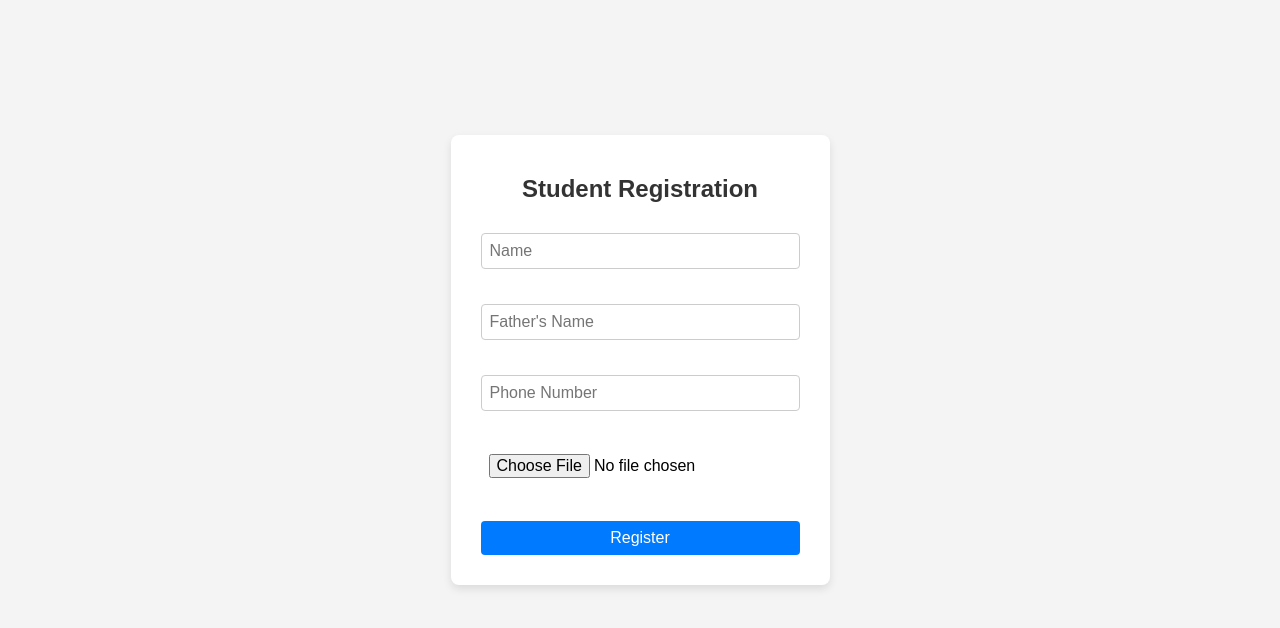
Repository: pripriya09/StudentID-Card-Download
Page: / (app in frontend/)
An editor plug-in stored every save of this project. The page is shown before and after the next save, followed by the edit.
The browser window is 1280 px wide. The pictures show the whole page.
The project was rebuilt for these pictures with package versions that can differ from the ones it lists, and the page was loaded fresh each time. Also part of the build but not shown: frontend/vite.config.js, frontend/src/copy form/IDCardForm.jsx.

Above is the page before, as saved 2025-01-07 11:15:26.

### frontend/src/main.jsx
import React from 'react'
import ReactDOM from 'react-dom/client'
// import App from './App'
// import './index.css'
import Form from './Form.jsx'
import IDCardForm from './copy form/IDCardForm.jsx'

ReactDOM.createRoot(document.getElementById('root')).render(
  <React.StrictMode>
    {/* <App /> */}
    <Form/>
    {/* <IDCardForm/> */}
  </React.StrictMode>,
)

### frontend/src/Form.jsx
import React, { useState } from "react";
import axios from "axios";
import "./App.css";
import jsPDF from "jspdf";

const Form = () => {
  const [formData, setFormData] = useState({
    name: "",
    fatherName: "",
    phoneNumber: "",
  });
  const [registrationNumber, setRegistrationNumber] = useState("");
  const [studentData, setStudentData] = useState(null);
  const [profileImage, setProfileImage] = useState(null); // For the uploaded image

  const handleSubmit = async (e) => {
    e.preventDefault();

    try {
      const response = await axios.post("http://localhost:6009/api/students", formData);
      const result = response.data;

      setStudentData({
        ...formData,
        registrationNumber: result.registrationNumber,
      });

      setFormData({
        name: "",
        fatherName: "",
        phoneNumber: "",
      });
    } catch (error) {
      console.error("Error sending data:", error);
    }
  };

  const handleChange = (e) => {
    setFormData({ ...formData, [e.target.name]: e.target.value });
  };

  const handleImageChange = (e) => {
    const file = e.target.files[0];
    if (file) {
      const reader = new FileReader();
      reader.onloadend = () => {
        setProfileImage(reader.result); // Set the image as base64 string
      };
      reader.readAsDataURL(file);
    }
  };

  const handleDownloadtext = () => {
    if (studentData) {
      const fileData = `
        Name: ${studentData.name}
        Father's Name: ${studentData.fatherName}
        Phone Number: ${studentData.phoneNumber}
        Registration Number: ${studentData.registrationNumber}`;
      const blob = new Blob([fileData], { type: "text/plain" });

      const link = document.createElement("a");
      link.href = URL.createObjectURL(blob);
      link.download = `${studentData.registrationNumber}_ID_Card.txt`;
      link.click();

      setFormData({
        name: "",
        fatherName: "",
        phoneNumber: "",
      });
      setStudentData(null);
    }
  };

  function handleDownloadPDF() {
    if (studentData) {
      let PDFdocument = new jsPDF();
      const studentInfo = `
        Student ID Card
        Name: ${studentData.name}
        Father's Name: ${studentData.fatherName}
        Phone: ${studentData.phoneNumber}
        Registration Number: ${studentData.registrationNumber}
      `;

      PDFdocument.text(studentInfo, 10, 10);
      PDFdocument.save(`${studentData.registrationNumber}_ID_Card.pdf`);
      PDFdocument = null;
    }
  }

  return (
    <div className="App">
      <h2>Student Registration</h2>

      <form onSubmit={handleSubmit}>
        <input
          type="text"
          name="name"
          placeholder="Name"
          value={formData.name}
          onChange={handleChange}
          required
        />
        <input
          type="text"
          name="fatherName"
          placeholder="Father's Name"
          value={formData.fatherName}
          onChange={handleChange}
          required
        />
        <input
          type="tel"
          name="phoneNumber"
          placeholder="Phone Number"
          value={formData.phoneNumber}
          onChange={handleChange}
          required
        />
        {/* Upload profile image */}
        <input type="file" onChange={handleImageChange} accept="image/*" />
        <button type="submit">Register</button>
      </form>

      {studentData && (
        <div className="id-card">
          <h3>ID Card</h3>
          {/* Display the profile image */}
          <div className="profile-image">
            {profileImage ? (
              <img src={profileImage} alt="Profile" />
            ) : (
              <img src="https://via.placeholder.com/150" alt="Demo Image" />
            )}
          </div>
          <p>Name: {studentData.name}</p>
          <p>Father's Name: {studentData.fatherName}</p>
          <p>Phone Number: {studentData.phoneNumber}</p>
          <p>Registration Number: {studentData.registrationNumber}</p>
          <button onClick={handleDownloadtext}>Download Card In txtfile</button>
          <button onClick={handleDownloadPDF}>Download Card In PDF</button>
        </div>
      )}
    </div>
  );
};

export default Form;

### frontend/src/App.css
/* General styling */
body {
  font-family: Arial, sans-serif;
  background-color: #f4f4f4;
  margin: 0;
  padding: 0;
}

.App {
  max-width: 600px;
  margin: 20px auto;
  padding: 20px;
  background-color: #fff;
  border-radius: 8px;
  box-shadow: 0 4px 8px rgba(0, 0, 0, 0.1);
}

h2 {
  text-align: center;
  color: #333;
}

form {
  display: flex;
  flex-direction: column;
  gap: 15px;
}

input {
  padding: 10px;
  border: 1px solid #ccc;
  border-radius: 4px;
  font-size: 16px;
}

input[type="file"] {
  border: none;
  background-color: transparent;
}

button {
  padding: 12px;
  background-color: #4CAF50;
  color: white;
  border: none;
  border-radius: 4px;
  font-size: 16px;
  cursor: pointer;
}

button:hover {
  background-color: #45a049;
}

h3 {
  text-align: center;
  color: #333;
}

.id-card {
  margin-top: 30px;
  padding: 20px;
  background-color: #fafafa;
  border-radius: 8px;
  border: 1px solid #ddd;
  box-shadow: 0 2px 4px rgba(0, 0, 0, 0.1);
}

.id-card p {
  font-size: 16px;
  color: #333;
}

.profile-image {
  text-align: center;
  margin-bottom: 15px;
}

.profile-image img {
  border-radius: 50%;
  width: 150px;
  height: 150px;
  object-fit: cover;
  margin-bottom: 20px;
}

button {
  display: inline-block;
  margin-top: 10px;
  background-color: #007bff;
}

button:hover {
  background-color: #0056b3;
}

button + button {
  margin-left: 10px;
}

### frontend/src/copy form/style.css
.App {
    text-align: center;
    font-family: Arial, sans-serif;
  }

  form input, form button {
    margin: 10px;
    padding: 8px;
  }
  /*
  .id-card {
    border: 1px solid #ccc;
    padding: 15px;
    width: 300px;
    margin: 20px auto;
  } */


  body {
    font-family: Verdana, sans-serif;
    display: flex;
    justify-content: center;
    align-items: center;
    height: 100vh;
    margin: 0;
  }


  .student_id {
    width: 520px;
    background-color: #fff;
    border-radius: 25px;
    overflow: hidden;
    margin: 20px auto;
    box-shadow: 1px 0px 0px #a9a39e, 0px 1px 0px #a9a39e,
                2px 1px 0px #a9a39e, 1px 2px 0px #a9a39e,
                3px 2px 0px #958b83, 2px 3px 0px #958b83,
                4px 3px 0px #93867c, 3px 4px 0px #93867c,
                5px 4px 0px #93867c, 4px 5px 0px #93867c;
  }


  .top_section {
    display: flex;
    padding: 30px;
    background: linear-gradient(to right, #e84610, #ffffff);
    color: white;
  }

  .profile_photo {
    flex-shrink: 0;
  }

  .profile_photo img {
    width: 125px;
    height: 125px;
    border-radius: 50%;
    border: 2px solid #fff;
    object-fit: cover;
  }

  .student_name {
    margin-left: 20px;
    display: flex;
    flex-direction: column;
    justify-content: center;
  }

  .student_info {
    list-style: none;
    padding: 0;
    margin: 0;
  }

  .student_info .name {
    font-size: 1.5em;
    font-weight: bold;
  }
  .student_info .age {
    font-size: 1.1em;
    margin-top: 5px;
  }
  .bottom_section {
    padding: 30px;
  }

  .student_details {
    margin-top: 10px;
  }

  .student_details ul {
    list-style: none;
    padding: 0;
    margin: 0;
  }

  .student_details li {
    margin-bottom: 10px;
    font-size: 1.1em;
    color: #555;
  }

  span {
    font-weight: bold;
  }

Loaded but not shown: frontend/index.html (common file)

After the next save:
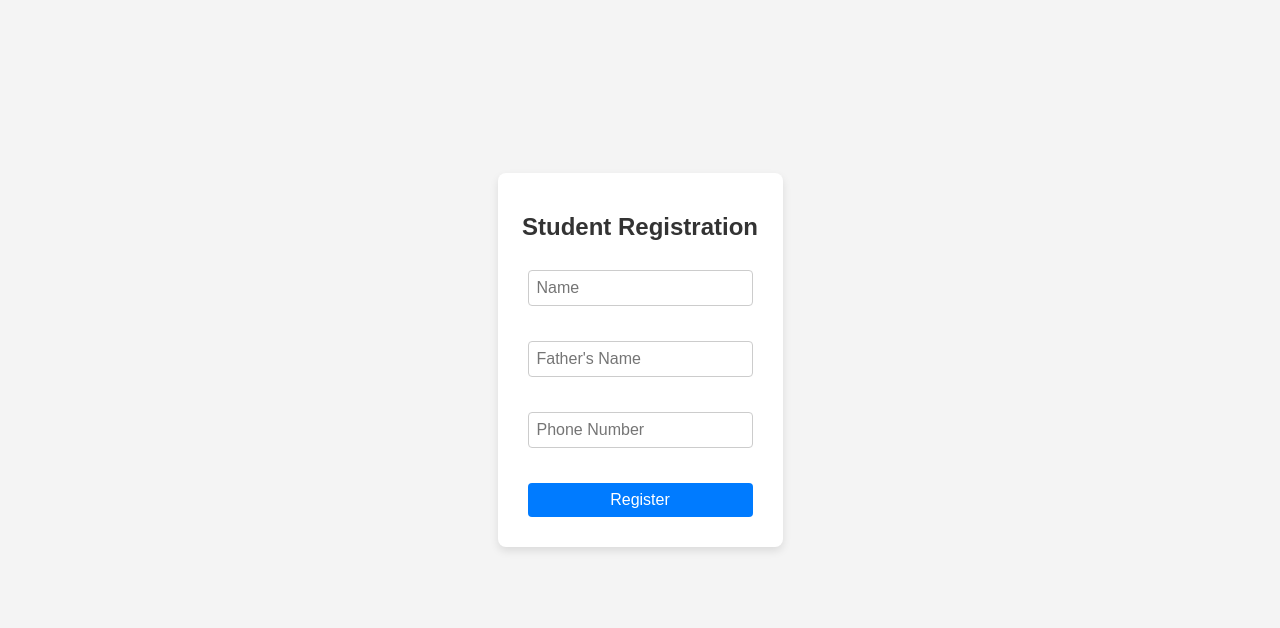
Saved 64 s later.
--- a/frontend/src/Form.jsx
+++ b/frontend/src/Form.jsx
@@ -1,8 +1,7 @@
 import React, { useState } from "react";
 import axios from "axios";
-import "./App.css";
+import "./App.css"
 import jsPDF from "jspdf";
-
 const Form = () => {
   const [formData, setFormData] = useState({
     name: "",
@@ -11,19 +10,22 @@ const Form = () => {
   });
   const [registrationNumber, setRegistrationNumber] = useState("");
   const [studentData, setStudentData] = useState(null);
-  const [profileImage, setProfileImage] = useState(null); // For the uploaded image
+
 
   const handleSubmit = async (e) => {
     e.preventDefault();
 
     try {
+
       const response = await axios.post("http://localhost:6009/api/students", formData);
       const result = response.data;
+
 
       setStudentData({
         ...formData,
         registrationNumber: result.registrationNumber,
       });
+
 
       setFormData({
         name: "",
@@ -39,19 +41,48 @@ const Form = () => {
     setFormData({ ...formData, [e.target.name]: e.target.value });
   };
 
-  const handleImageChange = (e) => {
-    const file = e.target.files[0];
-    if (file) {
-      const reader = new FileReader();
-      reader.onloadend = () => {
-        setProfileImage(reader.result); // Set the image as base64 string
-      };
-      reader.readAsDataURL(file);
-    }
-  };
+
+//   const handleSearch = async (e) => {
+//     e.preventDefault();
+
+//     try {
+//       const response = await axios.get(`http://localhost:6009/api/students/${registrationNumber}`);
+//       const result = response.data;
+
+
+//       if (result) {
+//         setStudentData(result);
+//       } else {
+//         alert("Student not found!");
+//       }
+
+//       setRegistrationNumber("");
+//     } catch (error) {
+//       console.error("Error fetching data:", error);
+//     }
+//   };
+
+//  const handleDownload = () => {
+//     if (studentData) {
+//       const fileData = JSON.stringify(studentData, null, 2);
+//       const blob = new Blob([fileData], { type: "application/json" });
+//       const link = document.createElement("a");
+//       link.href = URL.createObjectURL(blob);
+//       link.download = `${studentData.registrationNumber}_ID_Card.json`; // Filename based on registration number
+//       link.click();
+
+//       setFormData({
+//         name: "",
+//         fatherName: "",
+//         phoneNumber: "",
+//       });
+//       setStudentData(null);
+//     }
+//   };
 
   const handleDownloadtext = () => {
     if (studentData) {
+
       const fileData = `
         Name: ${studentData.name}
         Father's Name: ${studentData.fatherName}
@@ -73,6 +104,7 @@ const Form = () => {
     }
   };
 
+
   function handleDownloadPDF() {
     if (studentData) {
       let PDFdocument = new jsPDF();
@@ -93,6 +125,7 @@ const Form = () => {
   return (
     <div className="App">
       <h2>Student Registration</h2>
+
 
       <form onSubmit={handleSubmit}>
         <input
@@ -119,28 +152,32 @@ const Form = () => {
           onChange={handleChange}
           required
         />
-        {/* Upload profile image */}
-        <input type="file" onChange={handleImageChange} accept="image/*" />
         <button type="submit">Register</button>
       </form>
 
+
+      {/* <h2>Search by Registration Number</h2>
+      <form onSubmit={handleSearch}>
+        <input
+          type="text"
+          placeholder="Enter Registration Number"
+          value={registrationNumber}
+          onChange={(e) => setRegistrationNumber(e.target.value)}
+          required
+        />
+        <button type="submit">Search</button>
+      </form> */}
+{/* --------------------------------------------------display data -->> */}
       {studentData && (
         <div className="id-card">
           <h3>ID Card</h3>
-          {/* Display the profile image */}
-          <div className="profile-image">
-            {profileImage ? (
-              <img src={profileImage} alt="Profile" />
-            ) : (
-              <img src="https://via.placeholder.com/150" alt="Demo Image" />
-            )}
-          </div>
           <p>Name: {studentData.name}</p>
           <p>Father's Name: {studentData.fatherName}</p>
           <p>Phone Number: {studentData.phoneNumber}</p>
           <p>Registration Number: {studentData.registrationNumber}</p>
-          <button onClick={handleDownloadtext}>Download Card In txtfile</button>
-          <button onClick={handleDownloadPDF}>Download Card In PDF</button>
+          {/* <button onClick={handleDownload}>Download ID Card</button> */}
+           <button onClick={handleDownloadtext}>Download Card In txtfile</button>
+           <button onClick={handleDownloadPDF}>Download Card In PDF</button>
         </div>
       )}
     </div>
